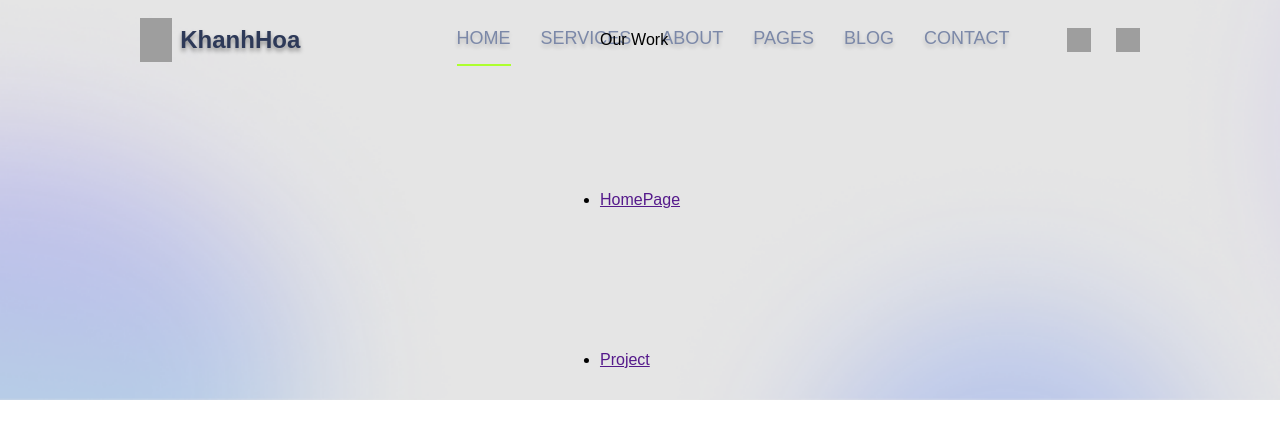
Repository: 0584386177/Clone
Page: src/pr.html
An editor plug-in stored every save of this project. The page is shown before and after the next save, followed by the edit.
The browser window is 1280 px wide. The pictures show the whole page.
Pictures or frames that could not be fetched are drawn as grey boxes. The style sheet was rebuilt from its Sass, Less or Tailwind sources for each picture, by a compiler version that may differ from the author's.

Above is the page before, as saved 2023-09-27 15:38:35.

After the next save:
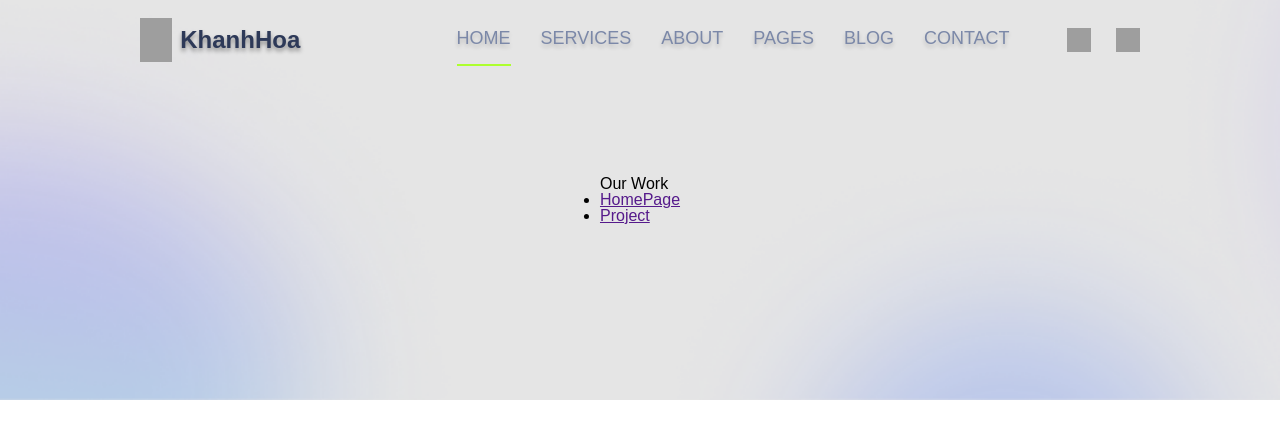
Saved 7 s later.
--- a/src/sass/header.scss
+++ b/src/sass/header.scss
@@ -86,5 +86,5 @@ $secondary--color: #7B88A8;
   top: 50%;
   left: 50%;
   transform: translate(-50%,-50%);
-  line-height: 10rem;
+
 }
